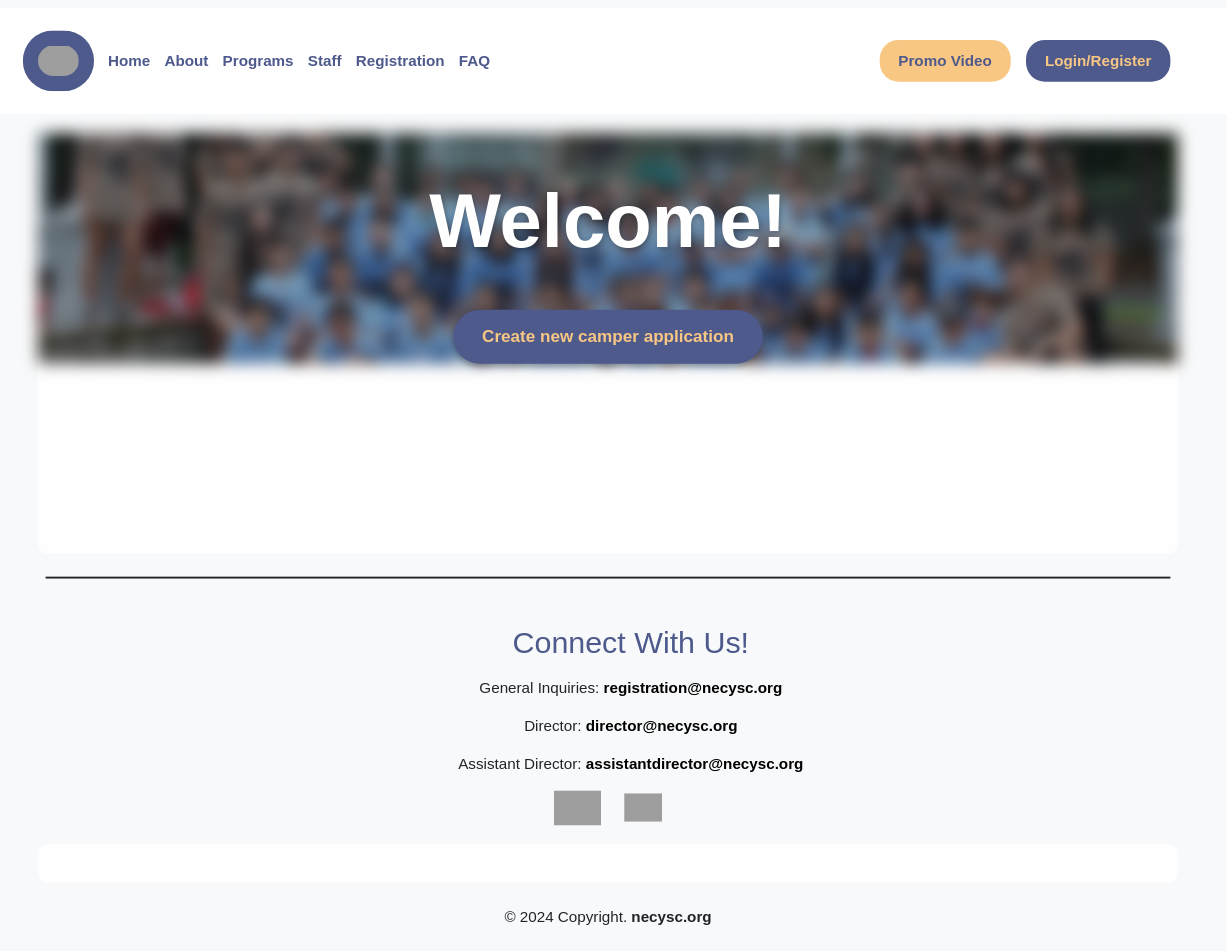
Repository: fullstackatbrown/project-necysc
Page: necysc_app/templates/necysc_app/applicant/index.html
An editor plug-in stored every save of this project. The page is shown before and after the next save, followed by the edit.
The browser window is 1280 px wide. The page is 1292 px wide, so the pictures cover 1292 px, including what lies to the right of the window. The pictures show the whole page, at 95% of full size.
Pictures or frames that could not be fetched are drawn as grey boxes. Some web fonts or font styles are not loaded; a fallback is used. The template is drawn by Django 5.2. The application's start-up code is not run. Other server files are loaded and not shown. The template is opened directly, without the code that normally fills it, so the values that code supplies are empty.

Above is the page before, as saved 2024-12-04 03:18:35.

### necysc_app/templates/necysc_app/applicant/index.html
{% extends "necysc_app/base.html" %}
{% load static %}
{% block title %} Applicant Portal {% endblock %}

{% block content %}
<link rel="stylesheet" href="{% static 'necysc_app/applicant_home.css' %}">

<style>
    body {
        background-color: #f8f9fa;
        margin: 0;
        padding: 0;
        height: 100%;
        width: 100%;
        position: relative;
        overflow: hidden;
    }

    .background {
        position: absolute;
        top: 0;
        left: 0;
        width: 100%;
        height: calc(100% - 200px);
        z-index: -1;
        background-image: url("{% static 'necysc_app/images/necyscbannerimage.jpg' %}");
        background-size: cover;
        background-position: center;
        filter: blur(8px);
    }

    body, html {
        margin: 0;
        padding: 0;
        height: 100%;
        width: 100%;
        background-color: #f8f9fa; /* 可选 */
    }

    .container {
        position: relative;
        z-index: 1;
        background-color: rgba(255, 255, 255, 0.9);
        padding: 20px;
        border-radius: 10px;
        max-width: 1200px;
        margin: auto;
        margin-top: 20px;
    }

    h1, p, a, button {
        position: relative;
        z-index: 2;
    }

    .button-container {
        display: flex;
        justify-content: center;
        align-items: flex-start;
        height: 33vh;
        margin-top: 5vh;
    }
    .content-container {
        display: flex;
        flex-direction: column;
        justify-content: center;
        align-items: center;
        height: 13vh;
        margin-top: 5vh;
    }

    .btn-purple {
        background-color: #4e598c;
        color: #f9c784;
        transition: all 0.3s ease;
        border: none;
        padding: 15px 30px;
        cursor: pointer;
        font-size: 18px;
        border-radius: 50px;
        box-shadow: 0 4px 6px rgba(0, 0, 0, 0.2);
    }

    .welcome-title {
        font-size: 5rem;
        text-align: center;
        margin-bottom: 20px;
        font-weight: bold;
        text-shadow: 2px 2px 5px rgba(0, 0, 0, 0.2);
    }

    .btn-purple:hover {
        background-color: #f9c784;
        color: #ffffff;
    }

    .enlarged-btn {
        transform: scale(1);
        transition: transform 0.3s ease;
    }

    .enlarged-btn:hover {
        transform: scale(1.2);
    }
</style>

<div class="background"></div>


<div class="content-container">
    <h2 class="welcome-title">Welcome!</h2>
</div>

{% if applications %}
<div class="container mb-4">
    {% for application in applications %}
    <div class="card col-4 glow">
        <a href="{% url 'necysc_app:application_detail' application.id %}" class="application-card-link">
            <div class="card-body">
                <h5 class="card-title">
                    <span>{{ application.applicant_fname }} {{ application.applicant_lname }}</span>
                    {% if application.app_status == 'A' %}
                    <span class="badge bg-success float-end">Accepted</span>
                    {% elif application.app_status == 'P' %}
                    <span class="badge bg-secondary float-end">Pending</span>
                    {% else %}
                    <span class="badge bg-danger float-end">Rejected</span>
                    {% endif %}
                </h5>
                <hr>
                <p class="card-text fw-light">Year: {{ application.app_year }}</p>
                <p class="card-text m-0 fw-light">Health Status: {{ application.health_record_status }}</p>
            </div>
        </a>
    </div>
    {% endfor %}
</div>
{% endif %}

<div class="button-container">
    <a class="btn-purple enlarged-btn" href="{% url 'necysc_app:new_application' %}">Create new camper application</a>
</div>
{% endblock %}

{% block footer %}
<footer class="pt-4" id="contact">
    <h2 class="ps-5 mb-3 mt-5 text-center" style="color: white;">Connect With Us!</h2>
    <p class="ps-5 text-center" style="color: white;">General Inquiries:
        <a href="mailto:registration@necysc.org" style="color: white">registration@necysc.org</a>
    </p>
    <p class="ps-5 text-center" style="color: white;"> Director:
        <a href="mailto:director@necysc.org" style="color: white">director@necysc.org</a>
    </p>
    <p class="ps-5 text-center" style="color: white;"> Assistant Director:
        <a href="mailto:assistantdirector@necysc.org" style="color: white">assistantdirector@necysc.org</a>
    </p>
    <div class="row text-center align-items-center justify-content-center">
        <div class="col-auto">
            <a href="https://www.instagram.com/NECYSC/" target="_blank">
                <img src="https://cdn.freebiesupply.com/images/large/2x/instagram-icon-white-on-black.png" alt="Instagram Logo" style="width: 50px; height: auto;">
            </a>
        </div>
        <div class="col-auto">
            <a href="https://www.facebook.com/NECYSC" target="_blank">
                <img src="https://www.freepnglogos.com/uploads/logo-facebook-png/logo-facebook-facebook-logo-png-transparent-svg-vector-bie-supply-18.png" alt="Facebook Logo" style="width: 40px; height: auto;">
            </a>
        </div>
    </div>
    <div class="text-center p-4" style="color: white;">
        © 2024 Copyright.
        <a class="text-reset" href="https://necysc.org/">necysc.org</a>
    </div>
</footer>
{% endblock %}

### necysc_app/templates/necysc_app/base.html
<!DOCTYPE html>
<html lang="en">
	<!-- Header -->
	{% load static %} {% include 'necysc_app/header.html' %}

	<head>
		<!-- Required meta tags -->
		<meta charset="utf-8" />
		<meta name="viewport" content="width=device-width, initial-scale=1" />

		<!--Bootstrap CSS-->
		<link
			href="https://cdn.jsdelivr.net/npm/bootstrap@5.0.2/dist/css/bootstrap.min.css"
			rel="stylesheet"
			integrity="sha384-EVSTQN3/azprG1Anm3QDgpJLIm9Nao0Yz1ztcQTwFspd3yD65VohhpuuCOmLASjC"
			crossorigin="anonymous"
		/>

		<title>{% block title %} {% endblock %}</title>
		<link rel="preconnect" href="https://fonts.googleapis.com" />
		<link rel="preconnect" href="https://fonts.gstatic.com" crossorigin />
		<link
			href="https://fonts.googleapis.com/css2?family=Roboto+Mono:ital,wght@0,100..700;1,100..700&display=swap"
			rel="stylesheet"
		/>

		<!--global Hind font-->
		<link
			href="https://fonts.googleapis.com/css2?family=Hind:wght@400;500;600&display=swap"
			rel="stylesheet"
		/>
		<style>
			body {
				font-family: "Hind", sans-serif;
			}
		</style>

	</head>

	<body>
		<!-- Navbar -->
		{% include 'necysc_app/navbar.html' %}

		<!-- Content -->
		<div class="container">{% block content %} {% endblock %}</div>

		<!-- Footer -->
		{% include 'necysc_app/footer.html' %}

		<!--Bootstrap JavaScript Plugins-->
		<script
			src="https://cdn.jsdelivr.net/npm/bootstrap@5.0.2/dist/js/bootstrap.bundle.min.js"
			integrity="sha384-MrcW6ZMFYlzcLA8Nl+NtUVF0sA7MsXsP1UyJoMp4YLEuNSfAP+JcXn/tWtIaxVXM"
			crossorigin="anonymous"
		></script>
	</body>
</html>

### necysc_app/templates/necysc_app/header.html
<!-- Header -->
<head>
    <meta charset="UTF-8" />
    <!-- Bootstrap Imports -->
    <link
      href="https://cdn.jsdelivr.net/npm/bootstrap@5.0.2/dist/css/bootstrap.min.css"
      rel="stylesheet"
      integrity="sha384-EVSTQN3/azprG1Anm3QDgpJLIm9Nao0Yz1ztcQTwFspd3yD65VohhpuuCOmLASjC"
      crossorigin="anonymous"
    />
    <link
      href="https://cdn.jsdelivr.net/npm/bootstrap-icons@1.8.1/font/bootstrap-icons.css"
      rel="stylesheet"
    />
    <script
    src="https://cdn.jsdelivr.net/npm/bootstrap@5.0.2/dist/js/bootstrap.bundle.min.js"
    integrity="sha384-MrcW6ZMFYlzcLA8Nl+NtUVF0sA7MsXsP1UyJoMp4YLEuNSfAP+JcXn/tWtIaxVXM"
    crossorigin="anonymous"
    ></script>
    <meta name="viewport" content="width=device-width, initial-scale=1" />
    {% load static %}
    <link href="{% static 'necysc_app/style.css' %}" rel="stylesheet" />
    <link rel="icon" href="{%  static 'necysc_app/images/favicon.ico' %}">
</head>

### necysc_app/templates/necysc_app/navbar.html
<!DOCTYPE html>
<html>
<head>
    <title>Your Page Title</title>
    <style>
        a {
            font-weight: bold;
            text-decoration: none;
        }

        .dropdown {
            position: relative;
            display: inline-block;
        }

        .dropdown-content {
            display: none;
            position: absolute;
            background-color: #f9f9f9;
            min-width: 160px;
            box-shadow: 0px 8px 16px 0px rgba(0, 0, 0, 0.2);
            z-index: 10;
            top: 100%;
        }

        .dropdown-content a {
            color: #4e598c;
            padding: 12px 16px;
            text-decoration: none;
            display: block;
            transition: color 0.3s ease, background-color 0.3s ease;
        }

        .dropdown-content a:hover {
            background-color: #4e598c;
            color: #F9C784;
        }

        .dropdown:hover .dropdown-content {
            display: block;
        }

        .navbar-link {
            color: #4e598c;
            transition: color 0.3s ease;
        }

        .navbar-link:hover {
            color: #F9C784;
            background: #4e598c;
            transition: color 0.3s ease;
            padding: 10px 20px;
            border-radius: 9px;
        }

        .active {
            color: #F9C784;
            background: #4e598c;
            padding: 10px 20px;
            text-decoration: none;
            border-radius: 9px;
        }


        .btn-login {
            background-color: #4e598c;
            color: #F9C784;
            transition: all 0.3s ease;
            padding: 10px 20px;
            border-radius: 20px;
            display: inline-block;
            text-align: center;
        }

        .btn-login:hover {
            background-color: #F9C784;
            color: #FFFFFF;
        }

        .btn-padding {
            padding: 10px 20px;
            border-radius: 20px;
            display: inline-block;
            text-align: center;
            background: #F9C784;
            color: #4e598c;
            transition: all 0.3s ease;
        }

        .btn-padding:hover {
            background-color: #4e598c;
            color: #ffffff;
        }


        .col-auto {
            display: flex;
            align-items: center;
        }

        img {
            height: 4rem;
            max-width: 100%;
        }

        #logobutton {
            background-color: #4e598c;
            transition: all 0.3s ease;
        }

        #logobutton:hover {
            background-color: #F9C784;
            color: #FFFFFF;
        }
    </style>
</head>
<body>

<!-- navbar sticky -->
{% load static %}
<div class="row mt-2 pt-4 pb-4 mb-3 d-flex ps-4 pe-5 align-items-center gap-3 sticky-top bg-bi-white bg-white row">

    <input type="checkbox" id="menu-toggle" class="menu-toggle">
    <label for="menu-toggle" class="hamburger">
        &#9776;
    </label>

    <div class="nav-links">

        <div class="col-auto">
            <a href="{% url 'necysc_app:index' %}" id="logo-link">
                <img src="https://www.necysc.org/v2/images/logo2.png" alt="Your Image Description" id="logobutton" class="rounded-pill p-3"/>
            </a>
        </div>

        <div class="dropdown col-auto">
            {% if request.user.is_authenticated %}
            <a href="{% url 'necysc_app:home' %}" class="navbar-link {% if request.path == '/' %}active{% endif %}">Applicant Home</a>
            {% else %}
            <a href="{% url 'necysc_app:index' %}" class="navbar-link {% if request.path == '/' %}active{% endif %}">Home</a>
            {% endif %}
        </div>

        {% if not request.user.is_authenticated %}
        <div class="dropdown col-auto">
            <a href="{% url 'necysc_app:about' %}" class="navbar-link {% if request.path == '/about/' %}active{% endif %}">About</a>
            <div class="dropdown-content">
                <a href="{% url 'necysc_app:about' %}#sponsors">Sponsors</a>
                <a href="{% url 'necysc_app:about' %}#contact">Contact Us</a>
            </div>
        </div>

        <div class="dropdown col-auto">
            <a href="{% url 'necysc_app:programs' %}" class="navbar-link {% if request.path == '/programs/' %}active{% endif %}">Programs</a>
            <div class="dropdown-content">
                <a href="{% url 'necysc_app:programs' %}#day">Day Camp</a>
                <a href="{% url 'necysc_app:programs' %}#on">Overnight Camp</a>
                <a href="{% url 'necysc_app:programs' %}#ea">ExplorAsian</a>
            </div>
        </div>

        <div class="dropdown col-auto">
            <a href="{% url 'necysc_app:staff' %}" class="navbar-link {% if request.path == '/staff/' %}active{% endif %}">Staff</a>
            <div class="dropdown-content">
                <a href="{% url 'necysc_app:staff' %}#cit">CIT</a>
                <a href="{% url 'necysc_app:staff' %}#counselor">Counselor</a>
                <a href="{% url 'necysc_app:staff' %}#ra">RA</a>
                <a href="{% url 'necysc_app:staff' %}#ops">OPs</a>
                <a href="{% url 'necysc_app:staff' %}#committee">Committee</a>
            </div>
        </div>

        <div class="dropdown col-auto">
            <a href="{% url 'necysc_app:registration' %}" class="navbar-link {% if request.path == '/registration/' %}active{% endif %}">Registration</a>
            <div class="dropdown-content">
                <a href="{% url 'necysc_app:registration' %}#importantdates">2025 Important Dates</a>
                <a href="{% url 'necysc_app:registration' %}#financialaid">Financial Aid</a>
            </div>
        </div>

        <div class="dropdown col-auto">
            <a href="{% url 'necysc_app:faq' %}" class="navbar-link {% if request.path == '/faq/' %}active{% endif %}">FAQ</a>
            <div class="dropdown-content">
                <a href="{% url 'necysc_app:faq' %}#faqregistration">Registration</a>
                <a href="{% url 'necysc_app:faq' %}#faqleavingcamp">Leaves and Visits</a>
                <a href="{% url 'necysc_app:faq' %}#faqhealth">Health and Safety</a>
                <a href="{% url 'necysc_app:faq' %}#camp">Camp Activities</a>
            </div>
        </div>
        {% endif %}

        <div class="col-auto ms-auto">
            <a href="https://youtu.be/PPZ1zu8fGl0?si=h436QWcB9vHQeV_G" target="_blank" class="btn-padding me-3">Promo Video</a>
            {% if request.user.is_authenticated %}
            <a href="{% url 'necysc_app:logout' %}" class="btn-login">Logout</a>
            {% else %}
            <a href="{% url 'necysc_app:login' %}" class="btn-login">Login/Register</a>
            {% endif %}
        </div>
    </div>
</div>

</body>
</html>

### necysc_app/templates/necysc_app/footer.html
<!-- Footer -->
<footer class="pt-4" id="contact">
  <div class="ms-5 me-5 mb-5 bg-dark" style="height: 2px;"></div>

  <h2 class="ps-5 mb-3 mt-5 text-center" style="color: #4e598c;">Connect With Us!</h2>
  <p class="ps-5 text-center"> General Inquiries:
    <a href="mailto:registration@necysc.org" style="color: black">registration@necysc.org</a>
  </p>
  <p class="ps-5 text-center"> Director:
    <a href="mailto:registration@necysc.org" style="color: black">director@necysc.org</a>
  </p>
  <p class="ps-5 text-center"> Assistant Director:
    <a href="mailto:registration@necysc.org" style="color: black">assistantdirector@necysc.org</a>
  </p>

  <div class="row text-center align-items-center justify-content-center">
    <div class="col-auto">
        <a href="https://www.instagram.com/NECYSC/" style="display: inline-block;" target="_blank">
            <img src="https://cdn.freebiesupply.com/images/large/2x/instagram-icon-white-on-black.png" alt="Instagram Logo" style="width: 50px; height: auto;">
        </a>
    </div>
    <div class="col-auto">
      <a href="https://www.facebook.com/NECYSC" style="display: inline-block;" target="_blank">
          <img src="https://www.freepnglogos.com/uploads/logo-facebook-png/logo-facebook-facebook-logo-png-transparent-svg-vector-bie-supply-18.png" alt="Facebook Logo" style="width: 40px; height: auto;">
      </a>
    </div>
  </div>


  <!-- Copyright -->
  <div class="container"></div>
  <div class="text-center p-4">
    © 2024 Copyright.
    <a class="text-reset" href="https://necysc.org/">necysc.org</a>
  </div>

</footer>
<!-- Footer -->

### necysc_app/static/necysc_app/style.css
.hero-section {
  position: relative;
  background-size: cover;
  background-position: center;
  background-repeat: no-repeat;
  color: white;
  height: 60vh;
  display: flex;
  align-items: center;
  justify-content: center;
  overflow: hidden;
}

.hero-section .overlay {
  position: absolute;
  top: 0;
  left: 0;
  width: 100%;
  height: 100%;
  background-color: rgba(0, 0, 0, 0.5);
  z-index: 1;
}

.hero-section .position-relative {
  z-index: 2;
}

.btn-purple {
  background-color: #4e598c;
  color: #f9c784;
  transition: all 0.3s ease;
  padding: 10px 20px;
  border-radius: 20px;
  display: inline-block;
  text-align: center;
  text-decoration: none;
  outline: none;
  border: none;
}

.btn-purple:hover {
  background-color: #f9c784;
  color: #ffffff;
}


.accordion-item .accordion-button:not(.collapsed) {
  background-color: #4e598c; /* Darker purple when open */
  color: #ffffff; /* White text for contrast */
}


.menu-toggle {
  display: none;
}

.hamburger {
  display: none;
  font-size: 24px;
  cursor: pointer;
  color: #4e598c;
}


.nav-links {
  display: flex;
  gap: 15px;
}


@media (max-width: 768px) {
  .nav-links {
      display: none;
      flex-direction: column;
      background-color: white;
      position: absolute;
      top: 60px;
      right: 0;
      width: 100%;
      padding: 10px;
      z-index: 1000;
  }

  .menu-toggle:checked + .hamburger + .nav-links {
      display: flex;
  }

  .hamburger {
      display: block;
  }
}

.optional {
  color: gray;
  font-style: italic;
}

.white-link {
  color: #ffffff;
  text-decoration: none;
  transition: color 0.3s ease;
}

.white-link:hover {
  color: #cccccc;
}

.welcome-title {
  color: white;
}

### necysc_app/static/necysc_app/applicant_home.css
.application-card-link {
  text-decoration: none; /* Remove underline */
  color: inherit; /* Inherit text color */
}

.application-card-link:hover {
  text-decoration: none; /* Remove underline */
  color: inherit; /* Inherit text color */
}

.application-card {
  display: flex;
  flex-direction: column;
  border: 1px solid #ccc;
  border-radius: 8px;
  padding: 15px;
  width: 300px;
  height: 180px;
  box-shadow: 0 2px 5px rgba(0, 0, 0, 0.1);
  background-color: #fff;
  position: relative;
  transition: transform 0.2s;
}

.application-card:hover {
  transform: scale(1.02);
  box-shadow: inset;
}

.application-card h2 {
  font-size: 1.5em;
  margin: 0 0 10px 0;
}

.application-card h3 {
  font-size: 1.2em;
  color: #555;
}

.application-card p {
  margin: 5px 0;
}


.status {
  border-radius: 5px;
  color: #fff;
  font-weight: bold;
  z-index: 1;
}

.status.a {
  background-color: rgba(0, 128, 0, 0.2);
  color: green;
}

.status.d {
  background-color: rgba(255, 0, 0, 0.2);
  color: red;
}

.status.p {
  background-color: rgba(255, 165, 0, 0.2);
  color: orange;
}

.status.i {
  background-color: rgba(0, 0, 255, 0.2);
  color: blue;
}

.glow {
  transition: box-shadow 0.3s ease-in-out;
}

.glow:hover {
  box-shadow: 0 0 20px 2px rgba(0, 0, 0, 0.15); /* Adjust the glow effect */
}

.btn-logout {
    display: inline-block;
    padding: 8px 15px;
    background-color: #ff4444;
    color: #fff;
    text-decoration: none;
    border-radius: 5px;
    font-weight: bold;
    transition: background-color 0.3s ease;
    cursor: pointer;
    margin: 10px 0;
}

.btn-logout:hover {
    background-color: #cc0000;
}

After the next save:
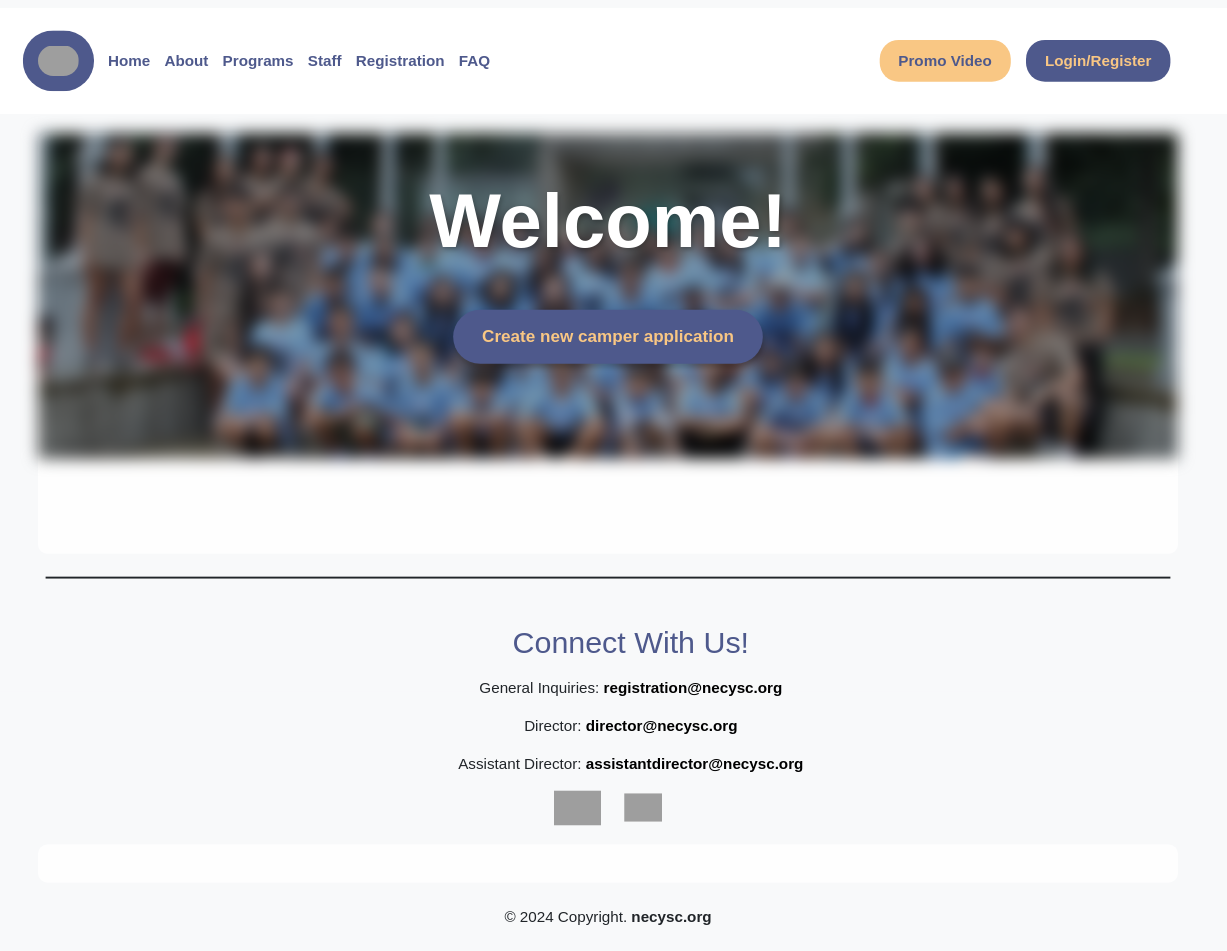
Saved 6 s later.
--- a/necysc_app/templates/necysc_app/applicant/index.html
+++ b/necysc_app/templates/necysc_app/applicant/index.html
@@ -21,7 +21,7 @@
         top: 0;
         left: 0;
         width: 100%;
-        height: calc(100% - 200px);
+        height: calc(100% - 100px);
         z-index: -1;
         background-image: url("{% static 'necysc_app/images/necyscbannerimage.jpg' %}");
         background-size: cover;
